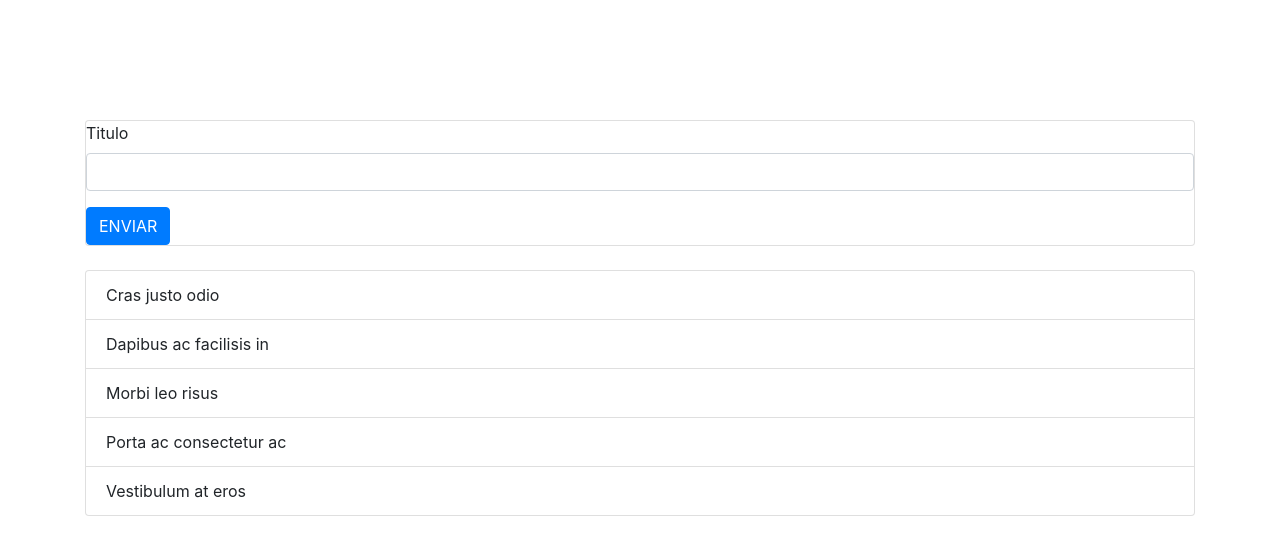
Repository: wolwerr/VueJs-Ninja
Page: Aula-15.html
These files come from the project's save history. The page is drawn as it stood at one moment and after the next save; the edit follows.
The browser window is 1280 px wide. The pictures show the whole page.

Above is the page before, as saved 2021-10-25 23:53:55.

After the next save:
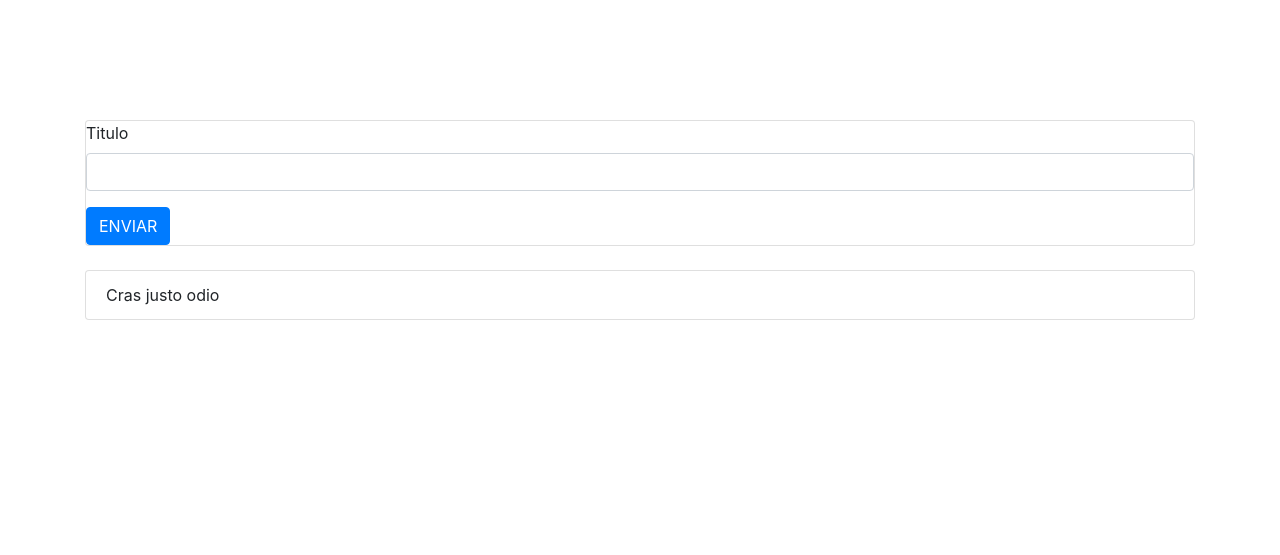
Saved 2 min 37 s later.
--- a/Aula-15.html
+++ b/Aula-15.html
@@ -37,11 +37,9 @@
 
         <template id="list">
         <ul class="list-group">
-            <li class="list-group-item">Cras justo odio</li>
-            <li class="list-group-item">Dapibus ac facilisis in</li>
-            <li class="list-group-item">Morbi leo risus</li>
-            <li class="list-group-item">Porta ac consectetur ac</li>
-            <li class="list-group-item">Vestibulum at eros</li>
+            <li v-for="item in list"
+                class="list-group-item">Cras justo odio</li>
+
         </ul>
 
         </template>
@@ -74,7 +72,14 @@
                 eventBus.$on('submit', function() {
                     console.log(titulo)
                 });
-            }
+            },
+            data(){
+                return {
+                    list:[
+                        { titulo: "Ir a feira"},
+                    ]
+                }
+            },
         });
 
         var app = new Vue({
